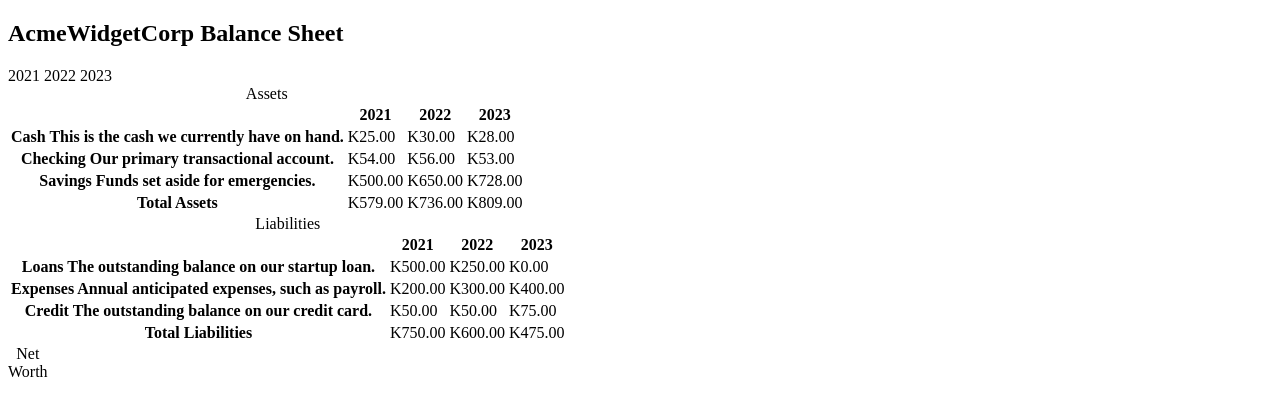
Repository: Lungdjos/balance_shee
Page: index.html
These files come from the project's save history. The page is drawn as it stood at one moment and after the next save; the edit follows.
The browser window is 1280 px wide. The pictures show the whole page.

Above is the page before, as saved 2023-10-31 17:06:13.

### index.html
<!DOCTYPE html>
<html lang="en">

<head>
    <meta charset="UTF-8">
    <meta name="viewport" content="width=device-width, initial-scale=1.0">
    <title>Balance Sheet</title>
    <link rel="stylesheet" href="styles.css">
</head>

<body>
    <main>
        <section>
            <h1>
                <span class="flex">
                <span>AcmeWidgetCorp</span>
                <span>Balance Sheet</span>
                </span>
            </h1>
            <div id="years" aria-hidden="true">
                <span class="year">2021</span>
                <span class="year">2022</span>
                <span class="year">2023</span>
            </div>
            <div class="table-wrap">
                <table>
                    <caption>Assets</caption>
                    <thead>
                        <tr>
                            <td></td>
                            <th><span class="sr-only year">2021</span></th>
                            <th><span class="sr-only year">2022</span></th>
                            <th class="current"><span class="current">2023</span></th>
                        </tr>
                    </thead>
                    <tbody>
                        <tr class="data">
                            <th>
                                Cash <span class="description">This is the cash we currently have on hand.</span>
                            </th>
                            <td>K25.00</td>
                            <td>K30.00</td>
                            <td class="current">K28.00</td>
                        </tr>
                        <tr class="data">
                            <th>
                                Checking <span class="description">Our primary transactional account.</span>
                            </th>
                            <td>K54.00</td>
                            <td>K56.00</td>
                            <td class="current">K53.00</td>
                        </tr>
                        <tr class="data">
                            <th>
                                Savings <span class="description">Funds set aside for emergencies.</span>
                            </th>
                            <td>K500.00</td>
                            <td>K650.00</td>
                            <td class="current">K728.00</td>
                        </tr>
                        <tr class="total">
                            <th>
                                Total <span class="sr-only">Assets</span>
                            </th>
                            <td>K579.00</td>
                            <td>K736.00</td>
                            <td class="current">K809.00</td>
                        </tr>
                    </tbody>
                </table>
                <table>
                    <caption>Liabilities</caption>
                    <thead>
                        <tr>
                            <td></td>
                            <th><span class="sr-only">2021</span></th>
                            <th><span class="sr-only">2022</span></th>
                            <th><span class="sr-only">2023</span></th>
                        </tr>
                    </thead>
                    <tbody>
                        <tr class="data">
                            <th>
                                Loans <span class="description">The outstanding balance on our startup loan.</span>
                            </th>
                            <td>K500.00</td>
                            <td>K250.00</td>
                            <td class="current">K0.00</td>
                        </tr>
                        <tr class="data">
                            <th>
                                Expenses <span class="description">Annual anticipated expenses, such as payroll.</span>
                            </th>
                            <td>K200.00</td>
                            <td>K300.00</td>
                            <td class="current">K400.00</td>
                        </tr>
                        <tr class="data">
                            <th>
                                Credit <span class="description">The outstanding balance on our credit card.</span>
                            </th>
                            <td>K50.00</td>
                            <td>K50.00</td>
                            <td class="current">K75.00</td>
                        </tr>
                        <tr class="total">
                            <th>
                                Total <span class="sr-only">Liabilities</span>
                            </th>
                            <td>K750.00</td>
                            <td>K600.00</td>
                            <td class="current">K475.00</td>
                        </tr>
                    </tbody>
                </table>
                <table>
                    <caption>Net Worth</caption>
                    <thead></thead>
                    <tbody></tbody>
                </table>
            </div>
        </section>
    </main>
</body>

</html>

</html>

</html>

Loaded but not shown: styles.css (no copy from this time; the picture is the same without it)

After the next save:
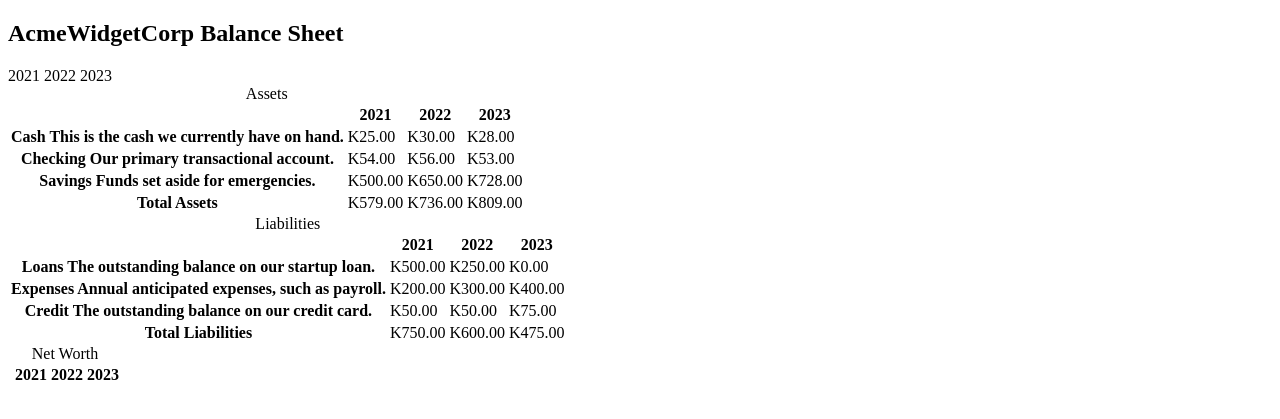
Saved 50 s later.
--- a/index.html
+++ b/index.html
@@ -115,7 +115,14 @@
                 </table>
                 <table>
                     <caption>Net Worth</caption>
-                    <thead></thead>
+                    <thead>
+                        <tr>
+                            <td></td>
+                            <th><span class="sr-only">2021</span></th>
+                            <th><span class="sr-only">2022</span></th>
+                            <th><span class="sr-only">2023</span></th>
+                        </tr>
+                    </thead>
                     <tbody></tbody>
                 </table>
             </div>
